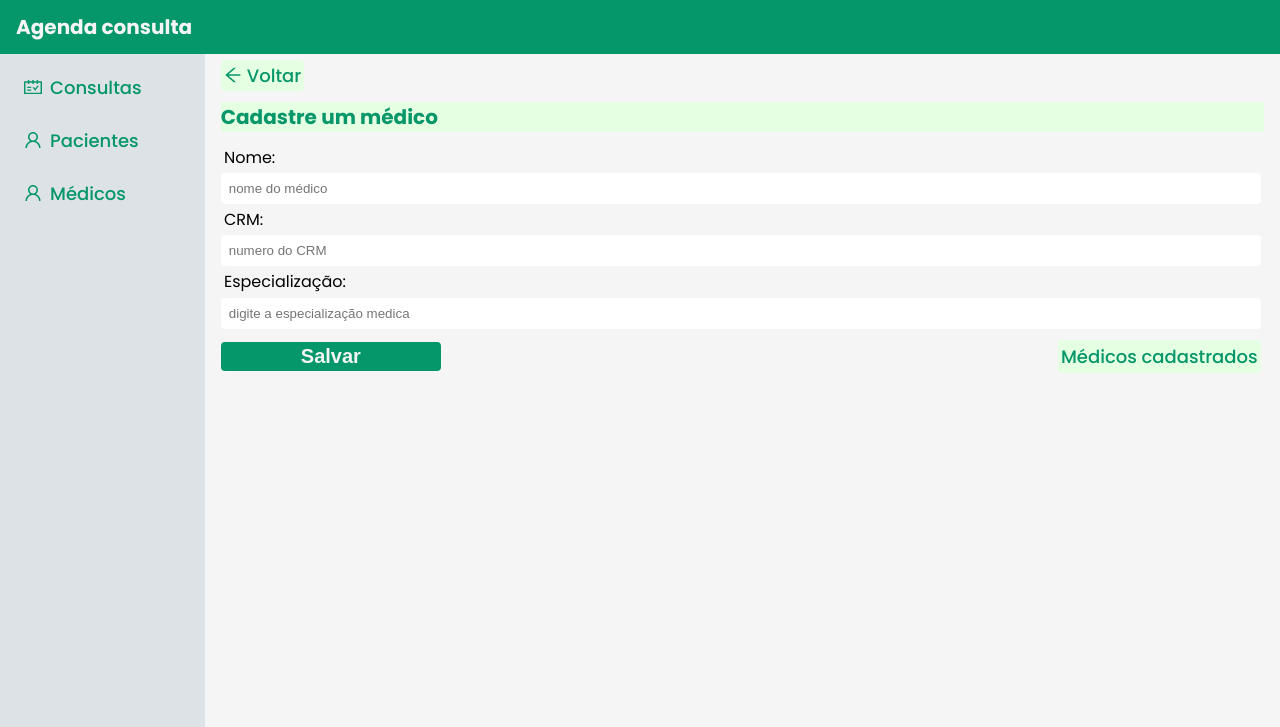
Repository: BarbaraCD/agendaconsulta
Page: /doctors/new
These files come from the project's save history. The page is drawn as it stood at one moment and after the next save; the edit follows.
The browser window is 1280 px wide. The pictures show the whole page.
The project was rebuilt for these pictures with package versions that can differ from the ones it lists, and the page was loaded fresh each time. Also part of the build but not shown: vite.config.ts, src/services/appointment.services.ts, src/styles/Appointments.ts, src/services/patient.services.ts, src/components/Calendar.tsx, src/components/InputPatient.tsx, src/styles/CreateContainer.ts, src/components/DoctorTable.tsx and 2 more.

Above is the page before, as saved 2023-08-29 16:36:38.

After the next save:
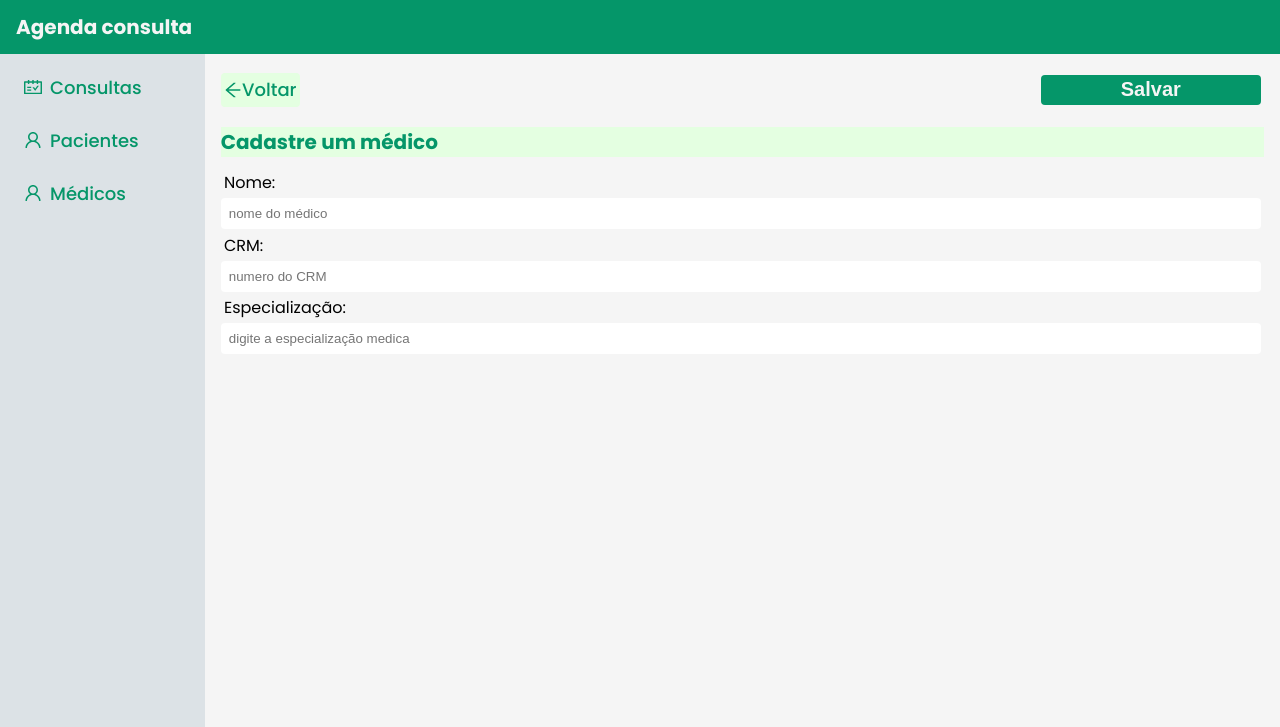
Saved 88 s later.
--- a/src/components/InputDoctors.tsx
+++ b/src/components/InputDoctors.tsx
@@ -107,9 +107,15 @@ export function InputDoctors() {
       {successMessage && <MessageSaved>{successMessage}</MessageSaved>}
       {errorMessage && <MessageError>{errorMessage}</MessageError>}
 
-      <StyledLink to="/patients/list">
-        <ArrowLeftOutlined /> Voltar
-      </StyledLink>
+      <FlexDiv>
+        <StyledLink to="/patients/list">
+          <ArrowLeftOutlined />
+          Voltar
+        </StyledLink>
+        <SubmitButton type="submit" disabled={isSubmitting}>
+          <p>Salvar</p>
+        </SubmitButton>
+      </FlexDiv>
 
       <h3>Cadastre um médico</h3>
       <form onSubmit={handleSubmit(createNewDoctor)}>
@@ -158,13 +164,6 @@ export function InputDoctors() {
             <StyledValidation>{errors.specialization.message}</StyledValidation>
           )}
         </div>
-
-        <FlexDiv>
-          <SubmitButton type="submit" disabled={isSubmitting}>
-            <p>Salvar</p>
-          </SubmitButton>
-          <StyledLink to="/doctors/list">Médicos cadastrados</StyledLink>
-        </FlexDiv>
       </form>
     </InputContainer>
   )
